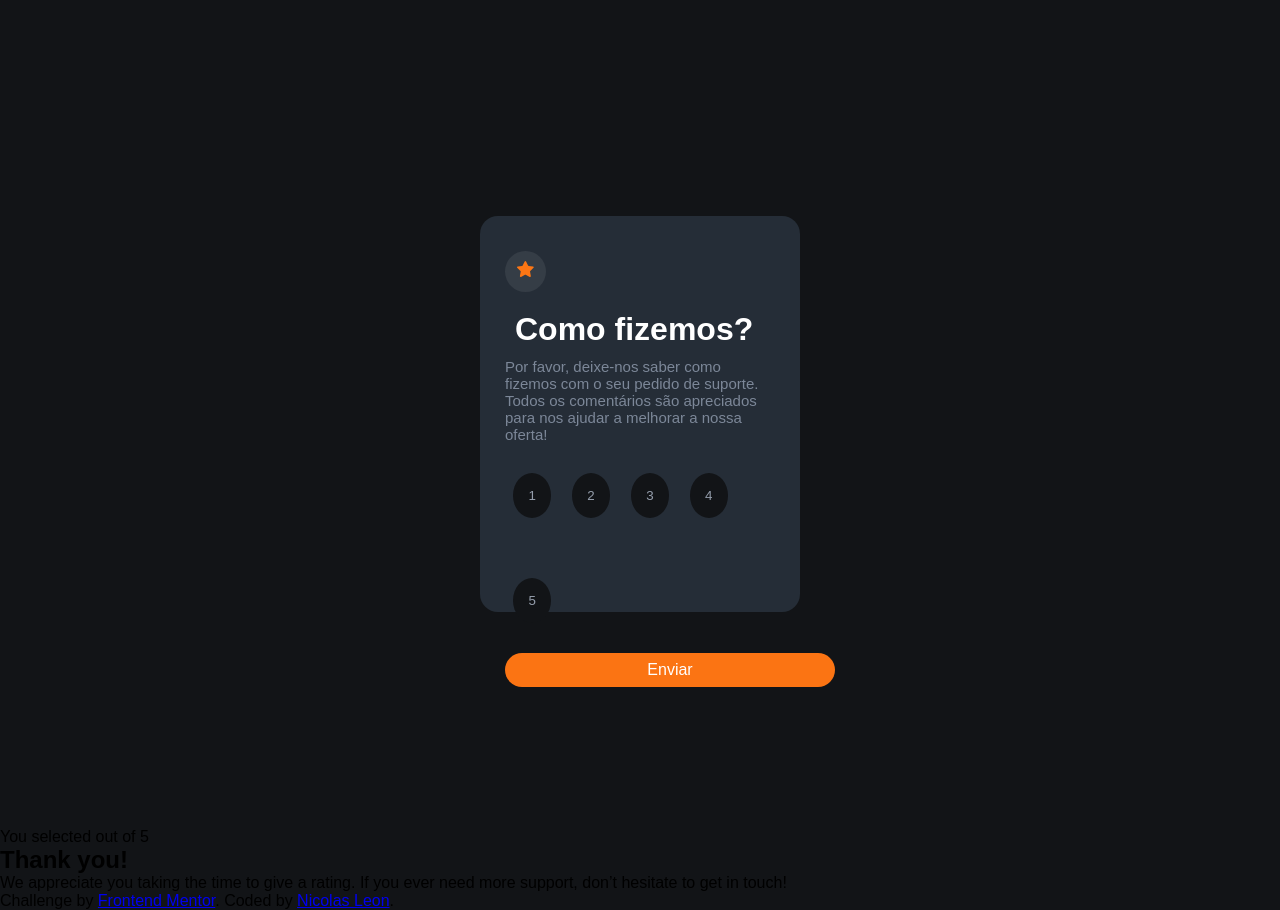
Repository: Leonngc/projeto-avaliacao
Page: index.html
These files come from the project's save history. The page is drawn as it stood at one moment and after a run of saves; the edit follows.
The browser window is 1280 px wide. The pictures show the whole page.

Above is the page before, as saved 2023-01-26 11:55:36.

### index.html
<!DOCTYPE html>
<html lang="en">
<head>
  <meta charset="UTF-8">
  <meta name="viewport" content="width=device-width, initial-scale=1.0"> <!-- displays site properly based on user's device -->

  <link rel="icon" type="image/png" sizes="32x32" href="./images/favicon-32x32.png">

  <title>Frontend Mentor | Interactive rating component</title>

  <link rel="stylesheet" href="styles/style.css">
</head>
<body>

  <!-- Rating state start -->
<form id="avaliation-form">

  <span id="icon-star">
    <img src="images/icon-star.svg" alt="">
  </span>

    <h1>Como fizemos?</h1>

    <p>
      Por favor, deixe-nos saber como fizemos com o seu pedido de suporte. Todos os comentários são apreciados
      para nos ajudar a melhorar a nossa oferta!
    </p>

    <div id="avaliation-btns">
      <input type="button" value="1" class="avaliation">
      <input type="button" value="2" class="avaliation">
      <input type="button" value="3"  class="avaliation">
      <input type="button" value="4"  class="avaliation">
      <input type="button" value="5"  class="avaliation">
    </div>

    <input type="submit" onclick="sent()" value="Enviar" id="submit"></input>
</form>

  <!-- Rating state end -->

  <!-- Thank you state start -->

  <section id="result-avaliation">
    <p id="avaliacao-user">You selected <!-- Add rating here --> out of 5</p>
    <h1>Thank you!</h1>
    <p>
      We appreciate you taking the time to give a rating. If you ever need more support,
      don’t hesitate to get in touch!
    </p>
  </section>

  <!-- Thank you state end -->


  <div class="attribution">
    Challenge by <a href="https://www.frontendmentor.io?ref=challenge" target="_blank">Frontend Mentor</a>.
    Coded by <a href="#">Nicolas Leon</a>.
  </div>
</body>
</html>

### styles/style.css

:root{
    --very-dark-blue:hsl(216, 12%, 8%);
    --dark-blue:hsl(213, 19%, 18%);
    --medium-grey: hsl(216, 12%, 54%);
    --light-grey:hsl(217, 12%, 63%);
}

*{
    margin: 0;
    padding: 0;
    box-sizing: border-box;
}

body{
    background-color:var(--very-dark-blue);
    font-family: sans-serif;
}
span{
    background-color: rgba(255, 255, 255, 0.074);
    padding: 12px;
    border-radius: 50%;
    text-align: center;
}

span > img{
    margin-top: 20px;
}

#avaliation-form{
    max-width: 900px;
    background-color:var(--dark-blue);
    width: 25vw;
    height: 55vh;
    padding: 25px;
    margin: 30vh auto;
    color: white;
    border-radius: 18px;
}

#avaliation-form > h1{
    padding: 10px;
    margin-top: 20px;
}

#avaliation-form > p{
    color:var(--medium-grey);
    font-size: 15px;
}

.avaliation{
    margin: 30px 8px;
    border-radius: 66%;
    padding: 15px;
    border: none;
    background-color: var(--very-dark-blue);
    color: var(--light-grey);
    width: 3vw;
    cursor: pointer;
}

#avaliation-btns input:hover{
    background-color: hsl(25, 97%, 53%);
    color:white;
}
#avaliation-btns input:active{
    background-color: var(--light-grey);
}

#submit{
    width: 330px;
    margin: auto;
    padding: 8px;
    border-radius: 20px;
    border-style: none;
    color: white;
    background-color: hsl(25, 97%, 53%);
    cursor: pointer;
    font-size: 16px;
}

#submit:hover{
    background-color: white;
    color: hsl(25, 97%, 53%);
}

@media screen and (min-width:300px){
    #
}

After the next 3 saves:
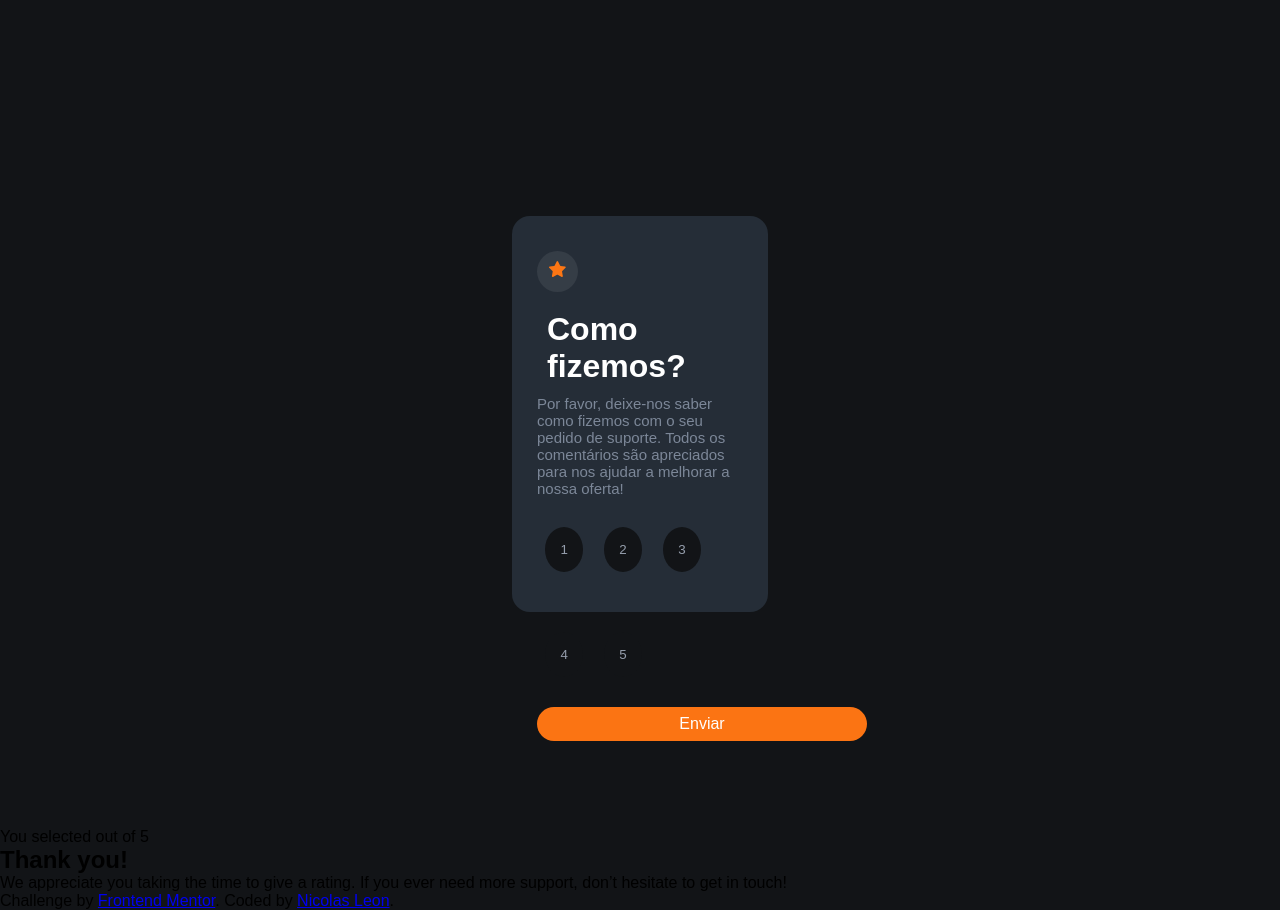
The 3 saves are shown as one change because they came seconds apart.
The last was saved 12 s later.
--- a/styles/style.css
+++ b/styles/style.css
@@ -85,5 +85,7 @@ span > img{
 }
 
 @media screen and (min-width:300px){
-    #
+    #avaliation-form{
+        width: 20vw;
+    }
 }
